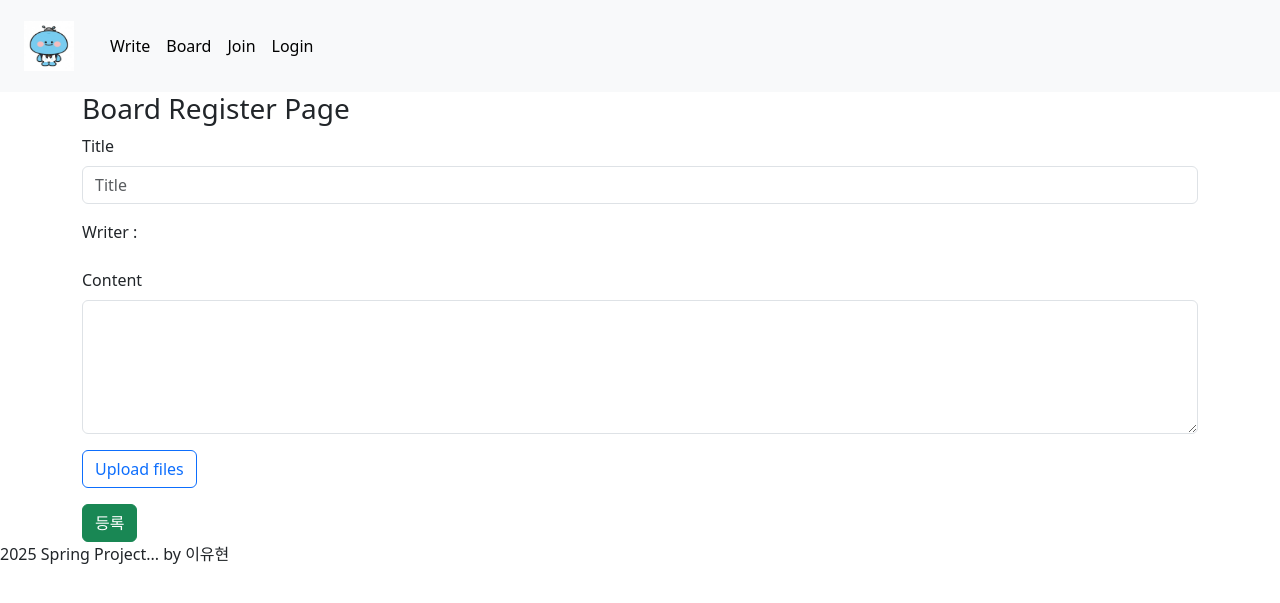
Repository: LeeYouHyeon/6.Spring
Page: http://localhost/spring_project/WEB-INF/views/board/register.jsp
These files come from the project's save history. The page is drawn as it stood at one moment and after the next save; the edit follows.
The browser window is 1280 px wide. The pictures show the whole page.
The page is served by Tomcat 9. Nobody is signed in. The template is opened directly, without the code that normally fills it, so the values that code supplies are empty.

Above is the page before, as saved 2025-06-11 01:36:14.
Console error: TypeError: Cannot read properties of null (reading 'addEventListener')

After the next save:
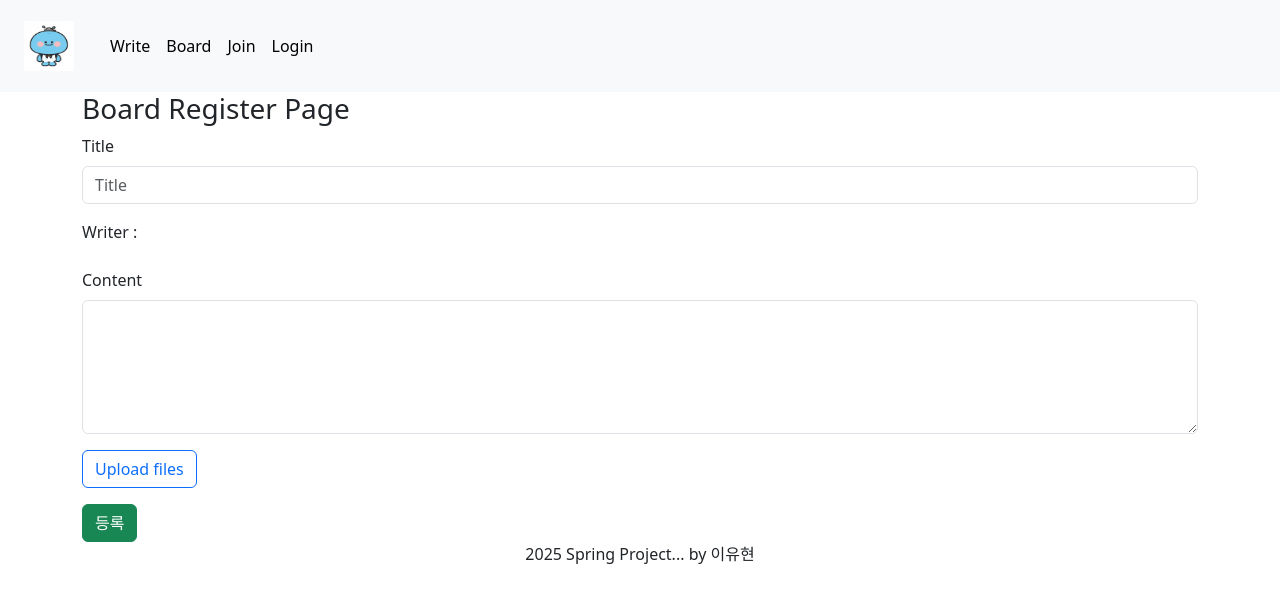
Saved 8 s later.
--- a/spring_project/src/main/webapp/WEB-INF/views/layout/footer.jsp
+++ b/spring_project/src/main/webapp/WEB-INF/views/layout/footer.jsp
@@ -1,6 +1,6 @@
 <%@ page language="java" contentType="text/html; charset=UTF-8"
 	pageEncoding="UTF-8"%>
 
-<div>2025 Spring Project... by 이유현</div>
+<div class="text-center">2025 Spring Project... by 이유현</div>
 </body>
 </html>
